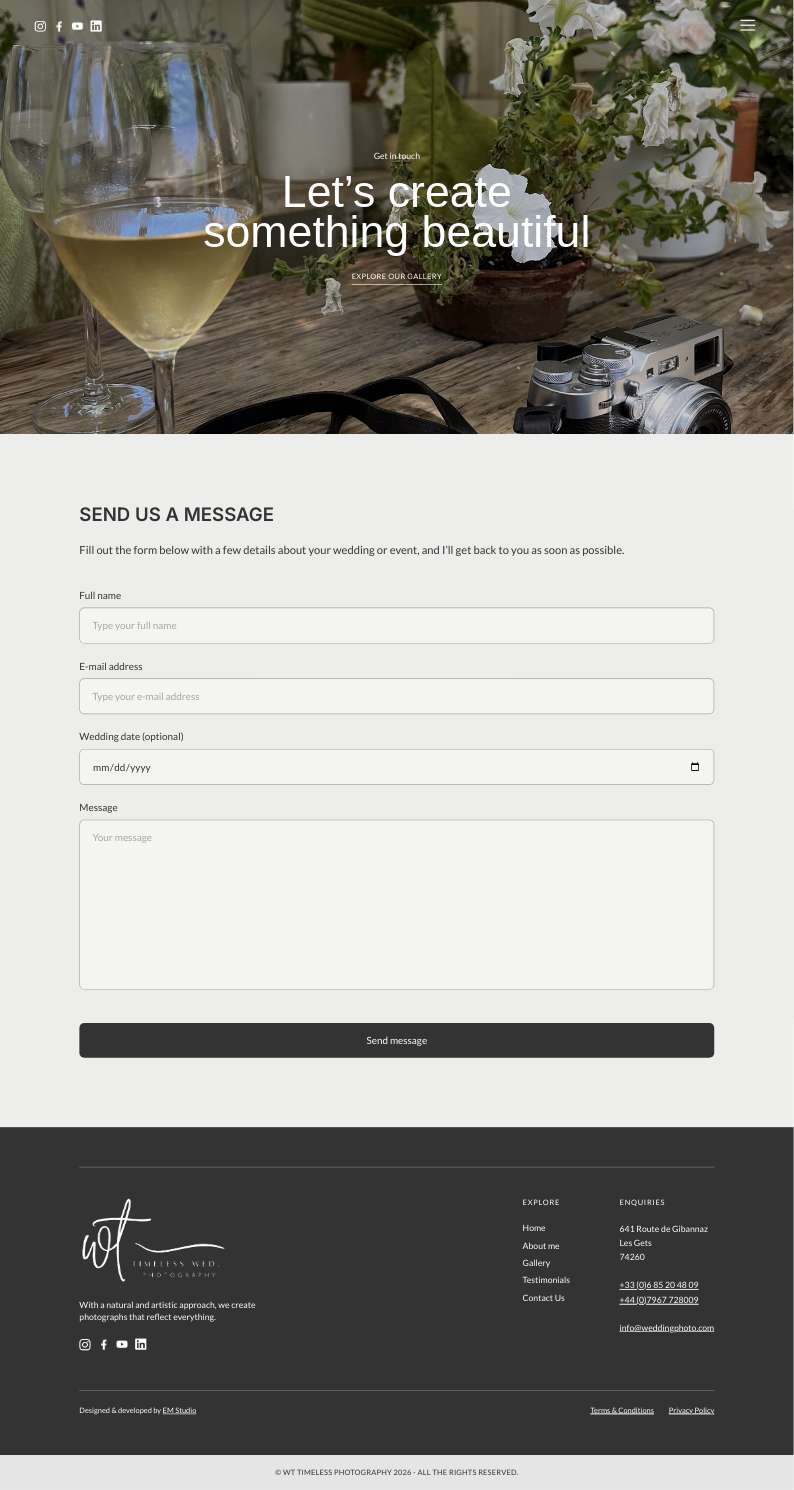
Repository: eduarda-magnago/wt-photography
Page: /contact
These files come from the project's save history. The page is drawn as it stood at one moment and after the next save; the edit follows.
The browser window is 1280 px wide. The pictures show the whole page, at 62% of full size.
Some web fonts or font styles are not loaded; a fallback is used. The project was rebuilt for these pictures with package versions that can differ from the ones it lists, and the page was loaded fresh each time. The framework's server and built-in components were replaced by stand-ins that run in the browser. Also part of the build but not shown: next.config.ts.

Above is the page before, as saved 2026-10-14 12:19:51.

### app/layout.tsx
import type { Metadata } from "next";
import { Inter, Lato, Cormorant_SC } from "next/font/google";
import Header from "@/components/layout/header";
import Footer from "@/components/layout/footer";
import "./globals.css";

const inter = Inter({
  subsets: ["latin"],
  variable: "--font-inter",
});

const lato = Lato({
  subsets: ["latin"],
  weight: ["300", "400", "700"],
  variable: "--font-lato",
});

const cormorant = Cormorant_SC({
  subsets: ["latin"],
  weight: ["300", "400", "500"],
  variable: "--font-cormorant",
});

export const metadata: Metadata = {
  title: "WT Timeless Photography",
  description: "Timeless wedding photography",
};

export default function RootLayout({
  children,
}: {
  children: React.ReactNode;
}) {
  return (
    <html
      lang="en"
      className={`${inter.variable} ${lato.variable} ${cormorant.variable}`}
    >
      <body className="font-sans antialiased">
        <Header />
        <main>{children}</main>
        <Footer />
      </body>
    </html>
  );
}

### app/contact/page.tsx
import Hero from "@/components/hero";
import ContactForm from "@/components/contact/contactForm";

export default function Contact() {
  return (
    <>
      <Hero
        eyebrow="Get in touch"
        title="Let’s create something beautiful"
        image="/img/hero-bg.jpg"
      />
      <section className="bg-sand px-6 py-20 md:px-14 md:py-28">
        <div className="mx-auto max-w-5xl">
          <h2 className="font-heading text-2xl font-semibold uppercase md:text-3xl">
            Send us a message
          </h2>
          <p className="mt-6 text-lg">
            Fill out the form below with a few details about your wedding or
            event, and I’ll get back to you as soon as possible.
          </p>
          <ContactForm />
        </div>
      </section>
    </>
  );
}

### components/layout/header.tsx
"use client";

import { useState } from "react";
import Image from "next/image";
import Link from "next/link";

const navLinks = [
  { label: "Home", href: "/" },
  { label: "About me", href: "/#about" },
  { label: "Gallery", href: "/#gallery" },
  { label: "Testimonials", href: "/#testimonials" },
  { label: "Contact Us", href: "/contact" },
];

export default function Header() {
  const [open, setOpen] = useState(false);

  return (
    <header className="absolute inset-x-0 top-0 z-30">
      <div className="flex items-start justify-between px-6 py-8 md:px-14">
        <ul className="flex items-center gap-3">
          <li>
            <a
              href="#"
              aria-label="Instagram"
              className="relative block h-[19px] w-[18px] transition-opacity hover:opacity-70"
            >
              <Image
                src="/img/instagram.png"
                alt=""
                fill
                sizes="18px"
                className="object-contain"
              />
            </a>
          </li>
          <li>
            <a
              href="#"
              aria-label="Facebook"
              className="relative block h-[18px] w-[18px] transition-opacity hover:opacity-70"
            >
              <Image
                src="/img/facebook.png"
                alt=""
                fill
                sizes="18px"
                className="object-contain"
              />
            </a>
          </li>
          <li>
            <a
              href="#"
              aria-label="YouTube"
              className="relative block h-[18px] w-[18px] transition-opacity hover:opacity-70"
            >
              <Image
                src="/img/youtube.png"
                alt=""
                fill
                sizes="18px"
                className="object-contain"
              />
            </a>
          </li>
          <li>
            <a
              href="#"
              aria-label="LinkedIn"
              className="relative block h-[18px] w-[18px] transition-opacity hover:opacity-70"
            >
              <Image
                src="/img/linkedin.png"
                alt=""
                fill
                sizes="18px"
                className="object-contain"
              />
            </a>
          </li>
        </ul>

        <button
          type="button"
          onClick={() => setOpen(true)}
          aria-label="Open menu"
          className="relative block h-6 w-9 transition-opacity hover:opacity-70"
        >
          <Image
            src="/img/menu.png"
            alt=""
            fill
            sizes="36px"
            className="object-contain"
          />
        </button>
      </div>

      {open && (
        <div className="fixed inset-0 z-40 flex items-center justify-center bg-ink/95">
          <button
            type="button"
            onClick={() => setOpen(false)}
            aria-label="Close menu"
            className="absolute right-6 top-8 text-3xl text-white md:right-14"
          >
            ✕
          </button>
          <nav>
            <ul className="flex flex-col items-center gap-8">
              {navLinks.map((link) => (
                <li key={link.label}>
                  <Link
                    href={link.href}
                    onClick={() => setOpen(false)}
                    className="font-heading text-2xl text-white"
                  >
                    {link.label}
                  </Link>
                </li>
              ))}
            </ul>
          </nav>
        </div>
      )}
    </header>
  );
}

### components/layout/footer.tsx
import Image from "next/image";
import Link from "next/link";

const exploreLinks = [
  { label: "Home", href: "/" },
  { label: "About me", href: "/#about" },
  { label: "Gallery", href: "/#gallery" },
  { label: "Testimonials", href: "/#testimonials" },
  { label: "Contact Us", href: "/contact" },
];

export default function Footer() {
  return (
    <footer>
      <div className="bg-ink px-6 py-16 text-sm text-white md:px-14">
        <div className="mx-auto max-w-5xl">
          <div className="border-t border-white/30 pt-12">
            <div className="grid gap-12 md:grid-cols-[1fr_auto_auto] md:gap-20">
              <div>
                <Image
                  src="/img/logo.png"
                  alt="WT Timeless Photography"
                  width={240}
                  height={110}
                />
                <p className="mt-6 max-w-xs">
                  With a natural and artistic approach, we create photographs
                  that reflect everything.
                </p>
                <ul className="mt-6 flex items-center gap-3">
                  <li>
                    <a href="#" aria-label="Instagram" className="transition-opacity hover:opacity-70">
                      <Image src="/img/instagram.png" alt="" width={18} height={18} />
                    </a>
                  </li>
                  <li>
                    <a href="#" aria-label="Facebook"
                      className="relative block h-[18px] w-[18px] transition-opacity hover:opacity-70"
                    >
                      <Image src="/img/facebook.png" alt="" fill sizes="18px" className="object-contain"/>
                    </a>
                  </li>
                  <li>
                    <a href="#" aria-label="YouTube" className="transition-opacity hover:opacity-70">
                      <Image src="/img/youtube.png" alt="" width={18} height={18} />
                    </a>
                  </li>
                  <li>
                    <a href="#" aria-label="LinkedIn" className="transition-opacity hover:opacity-70">
                      <Image src="/img/linkedin.png" alt="" width={18} height={18} />
                    </a>
                  </li>
                </ul>
              </div>

              <div>
                <h3 className="mb-6 text-xs uppercase tracking-widest">
                  Explore
                </h3>
                <ul className="space-y-2">
                  {exploreLinks.map((link) => (
                    <li key={link.label}>
                      <Link href={link.href}>{link.label}</Link>
                    </li>
                  ))}
                </ul>
              </div>

              <div>
                <h3 className="mb-6 text-xs uppercase tracking-widest">
                  Enquiries
                </h3>
                <address className="not-italic leading-relaxed">
                  641 Route de Gibannaz
                  <br />
                  Les Gets
                  <br />
                  74260
                </address>
                <div className="mt-6 flex flex-col gap-1 underline">
                  <a href="tel:+33685204809">+33 (0)6 85 20 48 09</a>
                  <a href="tel:+447967728009">+44 (0)7967 728009</a>
                </div>
                <a
                  href="mailto:info@weddingphoto.com"
                  className="mt-6 block underline"
                >
                  info@weddingphoto.com
                </a>
              </div>
            </div>

            <div className="mt-16 flex flex-col gap-4 border-t border-white/30 pt-6 text-xs md:flex-row md:justify-between">
              <p>
                Designed &amp; developed by{" "}
                <a href="#" className="underline">
                  EM Studio
                </a>
              </p>
              <div className="flex gap-6 underline">
                <a href="#">Terms &amp; Conditions</a>
                <a href="#">Privacy Policy</a>
              </div>
            </div>
          </div>
        </div>
      </div>
      <p className="bg-neutral-200 px-6 py-5 text-center text-xs uppercase tracking-wide">
        © WT Timeless Photography 2026 - All the rights reserved.
      </p>
    </footer>
  );
}

### app/globals.css
@import "tailwindcss";

@theme inline {
  --font-sans: var(--font-lato);
  --font-heading: var(--font-inter);
  --font-hero: var(--font-cormorant);

  --color-ink: #333333;
  --color-sand: #ededeb;
  --color-paper: #fafafa;
  --color-blush: #f4e6dc;
}

html {
  scroll-behavior: smooth;
}

body {
  background: var(--color-paper);
  color: var(--color-ink);
}

### components/hero.tsx
import Image from "next/image";
import Link from "next/link";

type HeroProps = {
  eyebrow: string;
  title: string;
  image: string;
  ctaLabel?: string;
  ctaHref?: string;
};

export default function Hero({
  eyebrow,
  title,
  image,
  ctaLabel = "Explore our gallery",
  ctaHref = "/#gallery",
}: HeroProps) {
  return (
    <section className="relative flex h-[70vh] min-h-[700px] items-center justify-center overflow-hidden">
      <Image
        src="/img/hero.png"
        alt=""
        fill
        priority
        sizes="100vw"
        className="object-cover"
      />
      <div className="absolute inset-0 bg-black/20" />
      <div className="relative z-10 flex max-w-3xl flex-col items-center px-6 text-center text-white">
        <p className="mb-4 text-sm">{eyebrow}</p>
        <h1 className="font-hero text-5xl leading-[0.9] md:text-7xl">
          {title}
        </h1>
        <Link
          href={ctaHref}
          className="mt-8 border-b border-white pb-1 text-xs uppercase tracking-wider"
        >
          {ctaLabel}
        </Link>
      </div>
    </section>
  );
}

### components/contact/contactForm.tsx
"use client";

const fieldClass =
  "mt-2 w-full rounded-lg border border-ink/40 bg-white/40 px-5 py-4 text-base outline-none placeholder:text-ink/40 focus:border-ink";

export default function ContactForm() {
  function handleSubmit(event: React.FormEvent<HTMLFormElement>) {
    event.preventDefault();
  }

  return (
    <form onSubmit={handleSubmit} className="mt-12 space-y-6">
      <div>
        <label htmlFor="name">Full name</label>
        <input
          id="name"
          name="name"
          type="text"
          placeholder="Type your full name"
          required
          className={fieldClass}
        />
      </div>

      <div>
        <label htmlFor="email">E-mail address</label>
        <input
          id="email"
          name="email"
          type="email"
          placeholder="Type your e-mail address"
          required
          className={fieldClass}
        />
      </div>

      <div>
        <label htmlFor="date">Wedding date (optional)</label>
        <input
          id="date"
          name="date"
          type="date"
          className={fieldClass}
        />
      </div>

      <div>
        <label htmlFor="message">Message</label>
        <textarea
          id="message"
          name="message"
          placeholder="Your message"
          rows={10}
          required
          className={`${fieldClass} resize-none`}
        />
      </div>

      <button
        type="submit"
        className="mt-6 w-full rounded-lg bg-ink py-4 text-white transition-opacity hover:opacity-90"
      >
        Send message
      </button>
    </form>
  );
}

After the next save:
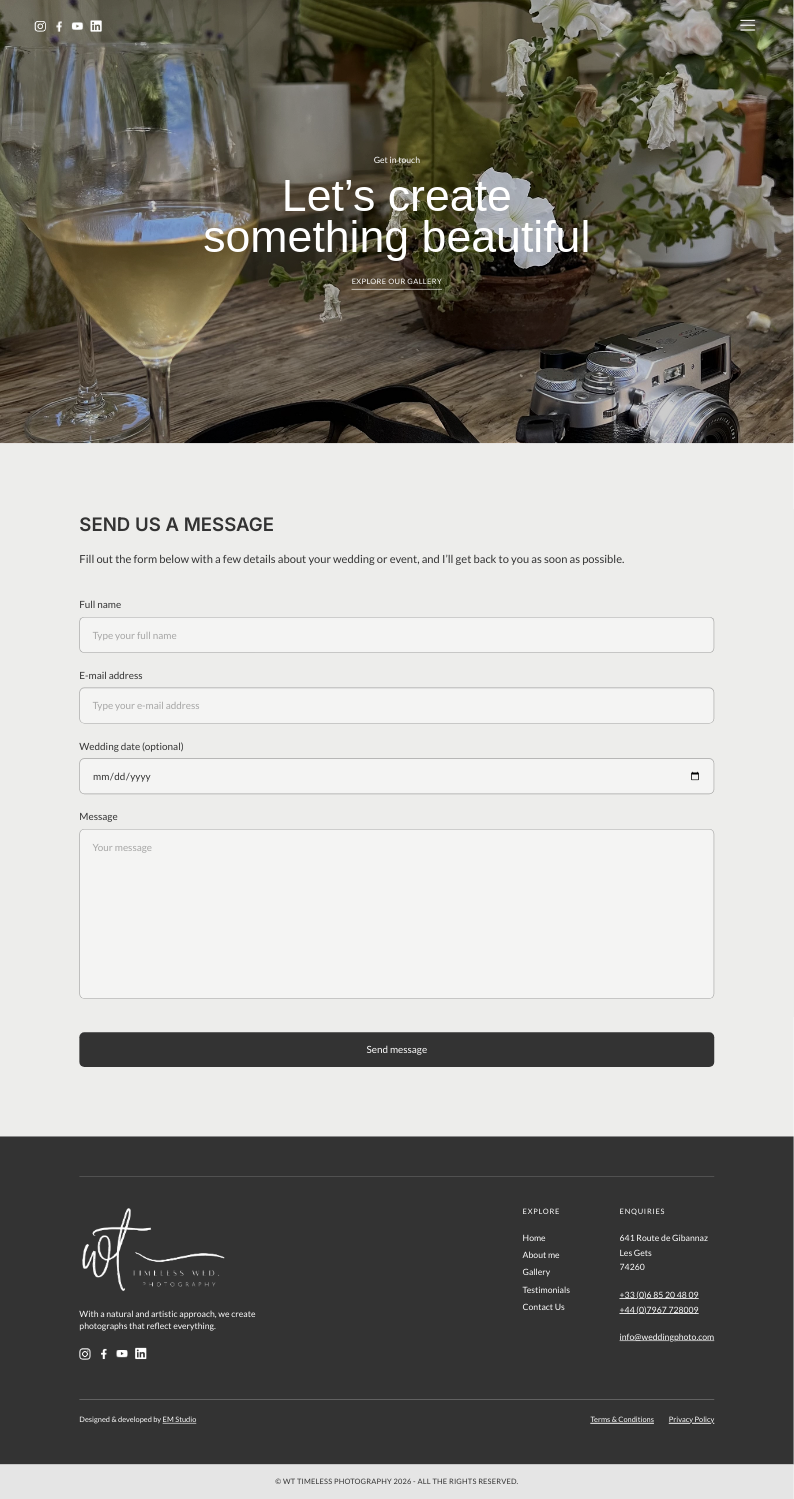
Saved 14 s later.
--- a/components/hero.tsx
+++ b/components/hero.tsx
@@ -17,7 +17,7 @@ export default function Hero({
   ctaHref = "/#gallery",
 }: HeroProps) {
   return (
-    <section className="relative flex h-[70vh] min-h-[700px] items-center justify-center overflow-hidden">
+    <section className="relative flex h-[70vh] min-h-[715px] items-center justify-center overflow-hidden">
       <Image
         src="/img/hero.png"
         alt=""
